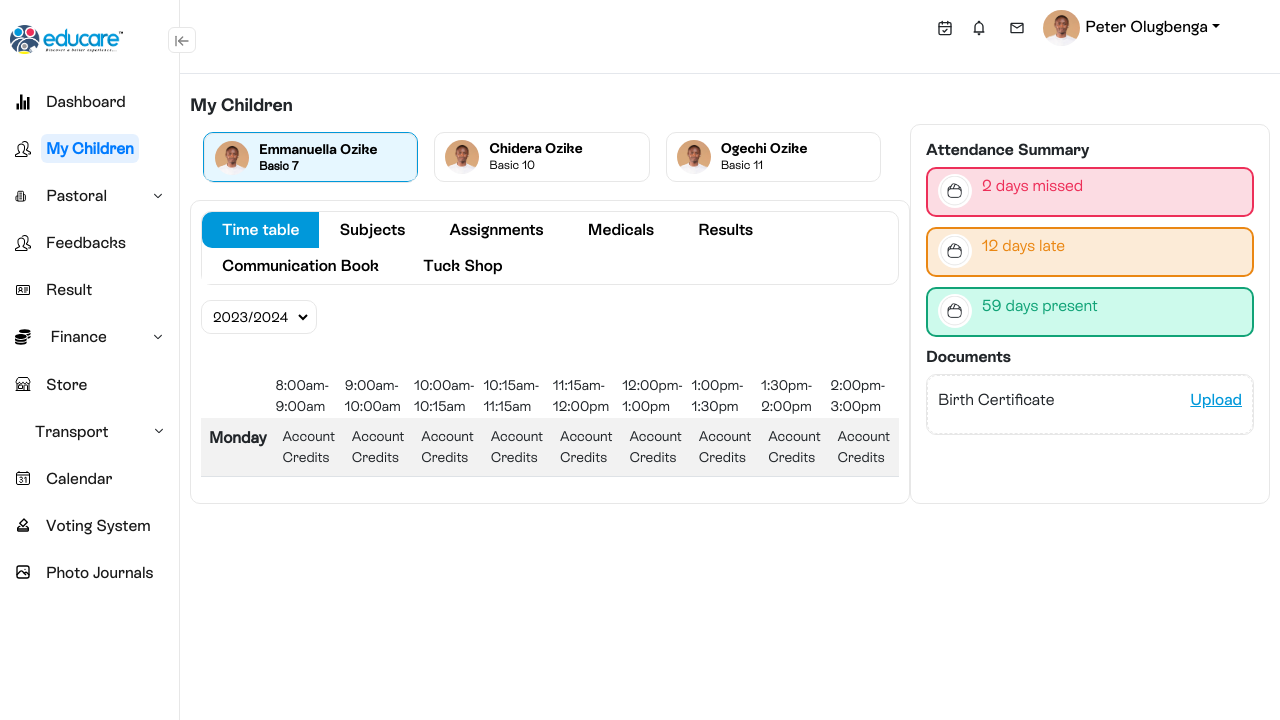
Repository: sarahnnanyelugo/educare-dashboards
Page: /my-children
The author's editor kept a copy of each file at every save. The page is drawn from the files as they stood at one save, then again after the next save.
The browser window is 1280 px wide. The pictures show the whole page.
The project was rebuilt for these pictures with package versions that can differ from the ones it lists, and the page was loaded fresh each time. Also part of the build but not shown: src/Dashboards/Parents/MainView/main-view.scss, src/components/News/news.scss, src/components/News/News.js, src/TestData/newsData.js, src/TestData/schEvents.js, src/components/ResultChart/ResultChart.js, src/components/Calender/calender.scss, src/components/Calender/Calender.js and 5 more.

Above is the page before, as saved 2024-10-16 08:46:55.

### src/App.js
import logo from "./logo.svg";
import "./App.scss";
import "bootstrap/dist/css/bootstrap.min.css";
import { BrowserRouter, Routes, Route, Link, Outlet } from "react-router-dom";
import { ParentsLayout } from "./Layouts/ParentsLayout";
import { MainNews } from "./pages/NewsPage/MainNews/MainNews";
import { NewsPage } from "./pages/NewsPage/NewsPage";
function App() {
  return (
    <>
      {" "}
      <Routes>
        <Route path="/*" element={<ParentsLayout />} />{" "}
        <Route path="news-page" element={<NewsPage />} />
        <Route path="main-news/:blog_id" element={<MainNews />} />
      </Routes>
    </>
  );
}

export default App;

### src/App.scss
.App-link {
  color: #61dafb;
}

@keyframes App-logo-spin {
  from {
    transform: rotate(0deg);
  }
  to {
    transform: rotate(360deg);
  }
}
@font-face {
  font-family: rebondG;
  src: url(./assets/fonts/Rebond_font/RebondG.otf);
}
@font-face {
  font-family: rebondG-Bold;
  src: url(./assets/fonts/Rebond_font/RebondG-Bold.otf);
}
@font-face {
  font-family: rebondG-Semi-Bold;
  src: url(./assets/fonts/Rebond_font/Rebond-semibold.otf);
}
@font-face {
  font-family: rebondG-Medium;
  src: url(./assets/fonts/Rebond_font/RebondGrotesqueMedium.otf);
}
@font-face {
  font-family: rebondBook;
  src: url(./assets/fonts/Rebond_font/RebondG-Book.ttf);
}
@font-face {
  font-family: rebondLight;
  src: url(./assets/fonts/Rebond_font/RebondGLight.otf);
}
@font-face {
  font-family: rebondMI;
  src: url(./assets/fonts/Rebond_font/RebondGrotesqueMediumitalic.otf);
}
p,
small,
link {
  font-family: rebondBook;
}
h1,
h2,
h3,
h4,
h5,
h6 {
  font-family: rebondG-Bold;
}
a {
  font-family: rebondG-Medium;
  text-decoration: none !important;
}
.card {
  border: 1px solid #e7e7e7 !important;
  border-radius: 10px !important;
}
select {
  border: none;
  background: #fff;
  padding: 7px;
  border-radius: 10px;
  width: 95%;
  font-size: 14px !important;
  font-family: rebondBook !important;
}

### src/Layouts/ParentsLayout.js
import React from "react";
import { Routes, Route, Navigate } from "react-router-dom";
import { TopNav } from "../components/TopNav/TopNav";
import { MainView } from "../Dashboards/Parents/MainView/MainView";
import { MyChildren } from "../Dashboards/Parents/MyChildren/MyChildren";
import { SideNav } from "../Dashboards/SideNav/SideNav";
export const ParentsLayout = () => {
  return (
    <>
      <div className="d-md-flex">
        <div className="col-md-">
          <SideNav />
        </div>
        <div className="container-fluid" style={{ padding: "0px 0px" }}>
          <TopNav />
          <Routes>
            <Route path="/" element={<MainView />} />{" "}
            <Route path="/my-children" element={<MyChildren />} />{" "}
          </Routes>
        </div>
      </div>
    </>
  );
};

### src/components/TopNav/TopNav.js
import React from "react";
import "./top-nav.scss";
import { LuCalendarCheck } from "react-icons/lu";
import { CgBell } from "react-icons/cg";
import { MdOutlineEmail } from "react-icons/md";
import Container from "react-bootstrap/Container";
import Nav from "react-bootstrap/Nav";
import Navbar from "react-bootstrap/Navbar";
import Icon5 from "../../assets/images/peter.png";

import Dropdown from "react-bootstrap/Dropdown";

export const TopNav = () => {
  return (
    <div className="top-nav-container">
      <ul className="list-inline">
        <li className="list-inline-item">
          <LuCalendarCheck />
        </li>
        <li className="list-inline-item">
          <CgBell />
        </li>{" "}
        <li className="list-inline-item">
          <MdOutlineEmail />
        </li>
        <li className="list-inline-item">
          <div className="profile-drop">
            <Dropdown>
              <Dropdown.Toggle>
                <img src={Icon5} width="37px" />
                Peter Olugbenga
              </Dropdown.Toggle>

              <Dropdown.Menu>
                <Dropdown.Item href="/dashboard-selector">
                  My Roles
                </Dropdown.Item>
                <hr />
                <Dropdown.Item style={{ color: "#DE1E1E" }}>
                  Sign out
                </Dropdown.Item>
              </Dropdown.Menu>
            </Dropdown>
          </div>
        </li>
      </ul>
    </div>
  );
};

### src/Dashboards/Parents/MyChildren/MyChildren.js
import React, { useEffect, useState } from "react";
import { useLocation } from "react-router-dom";
import "./my-children.scss";
import {
  child1,
  child2,
  child3,
  children,
} from "../../../TestData/childrenData";
import { Children } from "./Children";
import { ActivityTab } from "./ActivityTab";
import Icon from "../../../assets/images/wallet.png";
import { FileUpload } from "../../../components/FIleUpload/FileUpload";

export const MyChildren = () => {
  const [activeTab, setActiveTab] = useState(1); // Default to first tab
  const location = useLocation(); // Get the location object

  const getTabIndexFromUrl = () => {
    const params = new URLSearchParams(location.search);
    const tab = params.get("tab");
    return tab ? parseInt(tab, 10) : 1; // Return the tab index or default to 1
  };

  useEffect(() => {
    const initialTab = getTabIndexFromUrl();
    setActiveTab(initialTab); // Set the active tab based on the URL parameter
  }, [location.search]); // Re-run when the location changes

  const handleClick2 = (index) => {
    setActiveTab(index); // Set the active tab
  };

  const checkActive = (index, className) => {
    return activeTab === index ? className : "";
  };

  return (
    <div className="my-children-view">
      <h6 style={{ fontSize: "18px", marginTop: "20px" }}>My Children</h6>
      <div className="d-md-flex">
        <div className="col-md-8 ">
          <div className="tabs col-md-12 row row-cols-1 row-cols-lg-3 g-2 g-lg-3">
            {children.map((data, index) => (
              <Children
                data={data}
                handleClick2={handleClick2}
                tabIndex={index + 1}
                key={index}
                isActive={activeTab === index + 1} // Set active based on activeTab state
                mode="tab" // This mode is for tab triggering
              />
            ))}
          </div>
          <div className="panels">
            <div className={`panel ${checkActive(1, "active2")}`}>
              <ActivityTab data={child1} />
            </div>
            <div className={`panel ${checkActive(2, "active2")}`}>
              {" "}
              <ActivityTab data={child2} />
            </div>
            <div className={`panel ${checkActive(3, "active2")}`}>
              {" "}
              <ActivityTab data={child3} />
            </div>
          </div>
        </div>
        <div className="col-md-4 card attendance-summary">
          <h6>Attendance Summary</h6>
          <div className="attendance missed d-flex">
            <img src={Icon} width="34px" height="34px" />
            <p>2 days missed</p>
          </div>{" "}
          <div className="attendance late d-flex">
            <img src={Icon} width="34px" height="34px" />
            <p>12 days late</p>
          </div>{" "}
          <div className="attendance present d-flex">
            <img src={Icon} width="34px" height="34px" />
            <p>59 days present</p>
          </div>
          <h6>Documents</h6>
          <div className="card">
            <div className="fil-upload">
              <FileUpload file="Birth Certificate" />
            </div>
          </div>
        </div>
      </div>
    </div>
  );
};

### src/components/TopNav/top-nav.scss
.top-nav-container {
  height: 74px;
  border-bottom: solid 1px #e4e7ec;
  //   padding-top: 20px;
  padding-right: 50px;
  ul {
    float: right;
    li {
      margin: 10px;
    }
  }
  .profile-drop {
    .btn {
      padding: 0;
      background: #fff !important;
      border: none !important;
      color: #000;
      font-family: rebondG-Medium;
      font-size: 16px;
      img {
        border-radius: 100%;
        margin-right: 5px;
      }
    }
    .dropdown-menu {
      border: solid 1px #d0d5dd;
      font-family: montM;
      box-shadow: 0px 1px 3px #1018281a;
      border: 1px solid #e4e7ec;
      border-radius: 10px;
      min-height: 150px;
      width: 230px !important;
      padding: 20px 10px;
      font-size: 14px;
      a {
        padding: 10px;
      }
      hr {
        border: solid 1px #d0d5dd;
      }
    }
  }
}

### src/TestData/childrenData.js
import Img1 from "../assets/images/peter.png";
export const children = [
  {
    name: "Emmanuella Ozike",
    img: Img1,
    class: "Basic 7",
    id: 1,
  },
  {
    name: "Chidera Ozike",
    img: Img1,
    class: "Basic 10",
    id: 1,
  },
  {
    name: "Ogechi Ozike",
    img: Img1,
    class: "Basic 11",
    id: 1,
  },
];

export const child1 = {
  data: [
    {
      id: 1,
      day: "Monday",
      period1: "Account Credits",
      period2: "Account Credits",
      period3: "Account Credits",
      period4: "Account Credits",
      period5: "Account Credits",
      period6: "Account Credits",
      period7: "Account Credits",
      period8: "Account Credits",
      period9: "Account Credits",
    },
  ],
};
export const child2 = {
  data: [
    {
      id: 1,
      day: "Monday",
      period1: "English",
      period2: "Biology",
      period4: "Account Credits",
      period5: "Account Credits",
      period6: "Account Credits",
      period7: "Account Credits",
      period8: "Account Credits",
      period9: "Account Credits",
    },
  ],
};
export const child3 = {
  data: [
    {
      id: 1,
      day: "Monday",
      period1: " Credits",
      period2: " Credits",
      period3: "Account Credits",
      period4: "Account Credits",
      period5: "Account Credits",
      period6: "Account Credits",
      period7: "Account Credits",
      period8: "Account Credits",
      period9: "Credits",
    },
  ],
};

### src/Dashboards/Parents/MyChildren/Children.js
import React, { useState } from "react";
import { Link } from "react-router-dom";
import "./my-children.scss";
export const Children = ({
  data,
  handleClick2,
  tabIndex,
  isActive,
  mode,
  linkUrl,
}) => {
  const handleClick = () => {
    if (mode === "tab" && handleClick2) {
      handleClick2(tabIndex); // Trigger the tab change only in tab mode
    } else if (mode === "link" && linkUrl) {
      window.location.href = linkUrl; // Navigate to the link in link mode
    }
  };
  return (
    <>
      <div className="col">
        <div className={isActive && mode === "tab" ? "active-component" : ""}>
          {" "}
          <div className="d-flex children-div col-md-12" onClick={handleClick}>
            <div>
              {" "}
              <img src={data.img} width="34px" height="34px" />
            </div>
            <div>
              <h6>{data.name}</h6>
              <p>{data.class}</p>
            </div>
          </div>
        </div>
      </div>
    </>
  );
};

### src/Dashboards/Parents/MyChildren/my-children.scss
.my-children-view {
  padding: 0 10px;
  .tabs {
    display: flex;
    width: 100%;
    padding: 8px 13px;
    font-family: rebondG-Bold;
  }

  .active-component {
    font-weight: bold;
    background: #e6f7ff;
    color: #fff;
    border: solid 1px #0098da;
    height: 50px;
    border-radius: 10px;
  }

  .panel {
    display: none;
    // color: #161617;
    // font-family: rebondG;
    // line-height: 40px;
    // padding-top: 65px;
    // background: #fff;
  }

  .panel.active2 {
    display: block;
  }
}

.children-div {
  height: 50px;
  padding: 7px 10px;
  margin-bottom: 10px;
  color: #000;
  border: solid 1px #e7e7e7;
  border-radius: 10px;
  &:hover {
    background: #e7e7e7;
  }
  img {
    border-radius: 100%;
    margin-right: 10px;
  }
  h6 {
    margin-bottom: 0;
    font-size: 14px;
  }
  p {
    font-size: 12px;
  }
}
.attendance-summary {
  padding: 15px;
}
.attendance {
  height: 50px;
  border-radius: 10px;
  padding: 5px 10px;
  margin-bottom: 10px;
  img {
    border-radius: 100%;
    margin-right: 10px;
  }
}
.missed {
  border: solid 2px #ed2f59;
  background: #fcdce3;
  color: #ed2f59;
}
.late {
  border: solid 2px #ea8713;
  background: #fcebd7;
  color: #ea8713;
}
.present {
  border: solid 2px #11a377;
  background: #cdfaec;
  color: #11a377;
}
.activity-tab {
  padding: 10px;
  .tabs2 {
    border: solid 1px #e7e7e7;
    border-radius: 10px;
    padding: 0px 0px;
    margin-bottom: 15px;
    button {
      background: #fff;
      border: none;
      padding: 6px 20px;
      font-family: rebondG-Semi-Bold;
    }
  }
  .edge {
    border-top-left-radius: 10px;
    border-bottom-left-radius: 10px;
  }
  .edge2 {
    border-top-right-radius: 10px;
    border-bottom-right-radius: 10px;
  }
}
.active3 {
  background: #0098da !important;
  color: #fff;
}

### src/Dashboards/Parents/MyChildren/ActivityTab.js
import React, { useState } from "react";
import Timetable from "../../../components/SampleTable/SampleTable";
import TimeTable from "../../../components/TimeTable/TimeTable";
import { child1, child2 } from "../../../TestData/childrenData";
import { subjects } from "../../../TestData/subjects";

export const ActivityTab = ({ data }) => {
  const [activeIndex, setActiveIndex] = useState(1);
  const handleClick = (index) => setActiveIndex(index);
  const checkActive = (index, className) =>
    activeIndex === index ? className : "";

  return (
    <div className="activity-tab card">
      <div className="tabs2 offset-md-">
        <button
          className={`tab2 edge ${checkActive(1, "active3")}`}
          onClick={() => handleClick(1)}
        >
          Time table
        </button>
        <button
          className={`tab2 ${checkActive(2, "active3")}`}
          onClick={() => handleClick(2)}
        >
          Subjects
        </button>{" "}
        <button
          className={`tab2 ${checkActive(3, "active3")}`}
          onClick={() => handleClick(3)}
        >
          Assignments
        </button>{" "}
        <button
          className={`tab2 ${checkActive(4, "active3")}`}
          onClick={() => handleClick(4)}
        >
          Medicals
        </button>{" "}
        <button
          className={`tab2 ${checkActive(5, "active3")}`}
          onClick={() => handleClick(5)}
        >
          Results
        </button>{" "}
        <button
          className={`tab2 ${checkActive(6, "active3")}`}
          onClick={() => handleClick(6)}
        >
          Communication Book
        </button>{" "}
        <button
          className={`tab2 edge2 ${checkActive(7, "active3")}`}
          onClick={() => handleClick(7)}
        >
          Tuck Shop
        </button>
      </div>
      <div className="panels">
        <div className={`panel ${checkActive(1, "active2")}`}>
          <div className="col-md-2 card">
            <select>
              <option>2023/2024</option>
              <option>2022/2021</option>
              <option>2021/2020</option>
            </select>
          </div>
          <TimeTable data={data} />
          {/* <Timetable /> */}
        </div>
        <div className={`panel ${checkActive(2, "active2")}`}>
          {" "}
          <ul>
            {subjects.map((item, index) => (
              <li key={index}>
                <strong>{item.subject}</strong>: {item.teacher}
              </li>
            ))}
          </ul>
        </div>
        <div className={`panel ${checkActive(3, "active2")}`}> 3</div>
        <div className={`panel ${checkActive(4, "active2")}`}> 4</div>
        <div className={`panel ${checkActive(5, "active2")}`}> 5</div>
        <div className={`panel ${checkActive(6, "active2")}`}> 6</div>
        <div className={`panel ${checkActive(7, "active2")}`}> 7</div>
      </div>
    </div>
  );
};

### src/components/FIleUpload/FileUpload.js
import React from "react";
import "./file-upload.scss";
export const FileUpload = (props) => {
  return (
    <>
      <div className="file-upload-div d-flex">
        <p style={{ flexGrow: 1 }}>{props.file}</p>
        <div>
          {" "}
          <input type="file" id="actual-btn" hidden />
          <label for="actual-btn">Upload</label>
        </div>
      </div>
    </>
  );
};

### src/Dashboards/SideNav/SidebarData.js
import React from "react";
import * as FaIcons from "react-icons/fa";
import * as AiIcons from "react-icons/ai";
import * as IoIcons from "react-icons/io";

export const SidebarData = [
  {
    name: "Dashboard",
    icon: "IoStatsChartSharp",
    url: "/",
  },
  {
    name: "My Children",
    icon: "SlPeople",
    url: "/my-children",
  },
  {
    name: "Pastoral",
    icon: "LuBuilding2",
    url: "/pastoral",
    accordion: true,
    accordionContent: [
      { name: "Ministry", url: "/pastoral/ministry" },
      { name: "Sermons", url: "/pastoral/sermons" },
      { name: "Events", url: "/pastoral/events" },
    ],
  },
  {
    name: "Feedbacks",
    icon: "SlPeople",
    url: "/feedbacks",
  },
  {
    name: "Result",
    icon: "LiaIdCardSolid",
    url: "/result",
  },
  {
    name: "Finance",
    icon: "FaCoins",
    url: "/finance",
    accordion: true,
    accordionContent: [
      { name: "Donations", url: "/finance/donations" },
      { name: "Expenses", url: "/finance/expenses" },
      { name: "Reports", url: "/finance/reports" },
    ],
  },
  {
    name: "Store",
    icon: "IoStorefrontOutline",
    url: "/store",
  },
  {
    name: "Transport ",
    icon: "MdOutlineEmojiTransportation",
    url: "/transport",
    accordion: true,
    accordionContent: [
      { name: "Bus Routes", url: "/transport/routes" },
      { name: "Schedules", url: "/transport/schedules" },
      { name: "Ticketing", url: "/transport/ticketing" },
    ],
  },
  {
    name: "Calendar",
    icon: "IoCalendarNumberOutline",
    url: "/calendar",
  },
  {
    name: "Voting System",
    icon: "MdOutlineHowToVote",
    url: "/voting",
  },
  {
    name: "Photo Journals",
    icon: "TbPhoto",
    url: "/photo-journals",
  },
];

### src/Dashboards/SideNav/side-nav.scss
.side-nav-div {
  background: #fff;
  .nav-inner {
    padding: 25px 5px 5px 10px;
    display: flex;
    align-items: center;
  }
  border-right: 1px solid #e7e7e7;
  a {
    color: #191919;
    font-size: 16px;
    padding: 5px 5px 5px 5px;

    border-radius: 6px;
  }
  ul {
    // background: red;
    li {
      margin: 22px 15px !important;
      &:hover {
        background: #e7e7e7;
        border-radius: 6px;
      }
    }
  }
  .accordion-button {
    padding: 3px 0 3px 5px !important;
    margin-left: 0 !important;
    font-size: 16px;
    font-family: rebondG-Medium;
    font-weight: normal !important;
    &:hover {
      background: red;
    }
    // background: red !important;
  }
  .accordion-body {
    border-left: 1px solid #e7e7e7;
    margin-top: 20px;
  }
  .accordion-button:not(.collapsed) {
    border-bottom: 0 !important;
  }
  .accordion-button::after {
    display: none;
    // width: 10px;
    // height: 10px;
  }
  .accordion-item {
    border: none !important;
  }
  .active-link {
    color: #007bff; /* Change to your desired active link color */
    font-weight: bold; /* Optional: make the text bold */
    background-color: rgba(
      0,
      123,
      255,
      0.1
    ); /* Optional: add a background color */
  }
}

### src/components/TimeTable/TimeTable.js
import React, { useState, useEffect } from "react";
import "./time-table.scss";
import Table from "react-bootstrap/Table";
import { Link } from "react-router-dom";

const TimeTable = (props) => {
  return (
    <>
      <div className="time-table-container">
        <Table className="col-md-12 col-12" striped responsive>
          <tr>
            <td></td>
            <td>8:00am-9:00am</td>
            <td>9:00am-10:00am</td>
            <td>10:00am-10:15am</td>
            <td>10:15am-11:15am</td>
            <td>11:15am-12:00pm</td>
            <td>12:00pm-1:00pm</td>
            <td>1:00pm-1:30pm</td>
            <td>1:30pm-2:00pm</td>
            <td>2:00pm-3:00pm</td>
          </tr>

          <tbody>
            {props.data.data.map((item, index) => (
              <tr>
                <th>{item.day}</th>
                <td>{item.period1}</td>
                <td>{item.period2}</td>
                <td>{item.period3}</td>
                <td>{item.period4}</td>
                <td>{item.period5}</td>
                <td>{item.period6}</td>
                <td>{item.period7}</td>
                <td>{item.period8}</td>
                <td>{item.period9}</td>
              </tr>
            ))}
          </tbody>
        </Table>
      </div>
    </>
  );
};
export default TimeTable;

### src/TestData/subjects.js
export const subjects = [
  {
    subject: "Mathematics",
    teacher: "Mr. John",
  },
  {
    subject: "English",
    teacher: "Ms. Jane",
  },
  {
    subject: "Biology",
    teacher: "Dr. Smith",
  },
];

### src/components/FIleUpload/file-upload.scss
.file-upload-div {
  border: dashed 1px #e7e7e7;
  border-radius: 10px;
  padding: 5px 10px;
  label {
    background-color: #fff;
    color: #0098da;
    cursor: pointer;
    font-family: rebondG-Medium;
    text-decoration: underline;
    margin-top: 7px;
  }
  p {
    margin-top: 7px;
  }
}

### src/components/TimeTable/time-table.scss
.time-table-container {
  padding-top: 40px;
  tr {
    td {
      font-family: rebondBook;
      font-size: 14px;
    }
    th {
      font-family: rebondG-Medium;
    }
  }
}

Loaded but not shown: public/index.html (common file); src/index.js (common file); src/index.css (common file); src/reportWebVitals.js (common file); src/Dashboards/SideNav/SideNav.js (193 lines, source omitted)

After the next save:
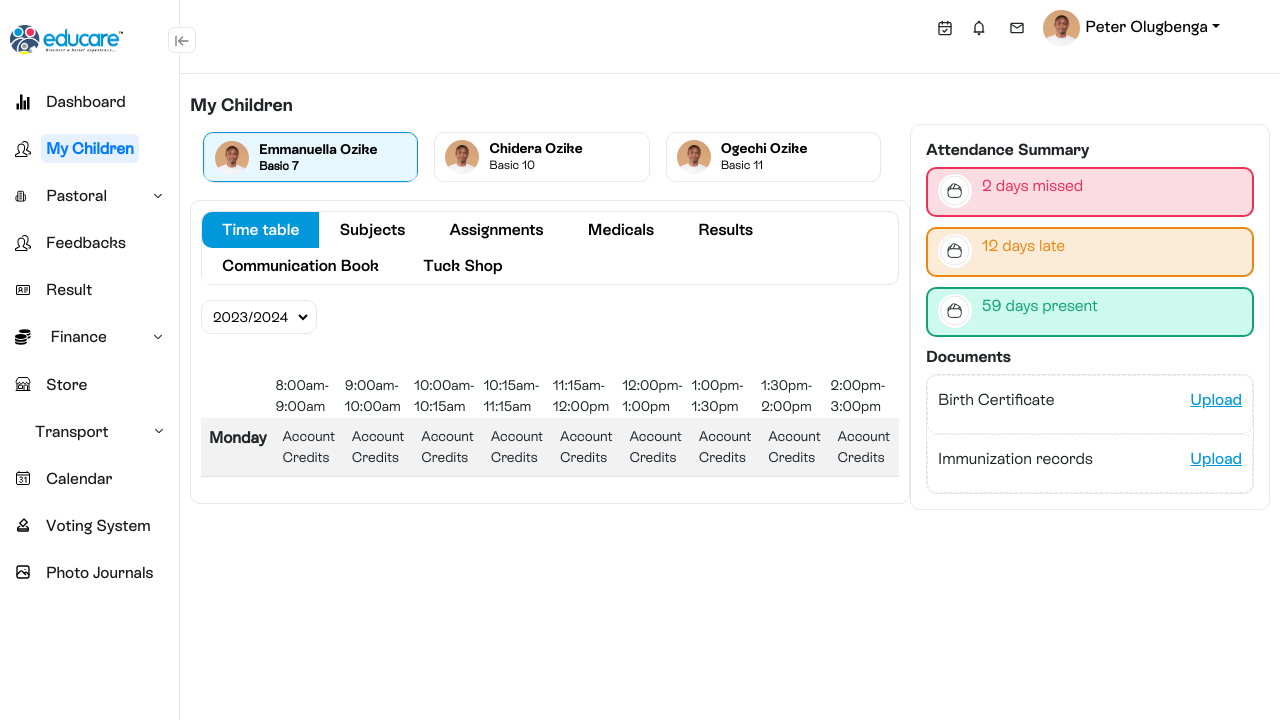
Saved 36 s later.
--- a/src/Dashboards/Parents/MyChildren/MyChildren.js
+++ b/src/Dashboards/Parents/MyChildren/MyChildren.js
@@ -84,6 +84,7 @@ export const MyChildren = () => {
           <div className="card">
             <div className="fil-upload">
               <FileUpload file="Birth Certificate" />
+              <FileUpload file="Immunization records" />
             </div>
           </div>
         </div>
